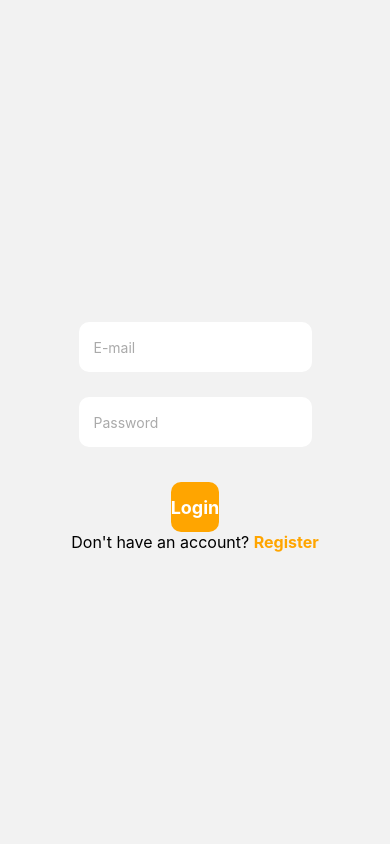
Repository: ds-mbappe/UpShoCal
Screen: /
The author's editor kept a copy of each file at every save. The screen is drawn from the files as they stood at one save, then again after the next save.
The app was drawn by React Native's web renderer in a window 390 px wide. The project was rebuilt for these pictures with package versions that can differ from the ones it lists, and the page was loaded fresh each time. Also part of the build but not shown: data.js, Screens/Home.js, Screens/Product.js, Screens/Registration.js.

Above is the screen before, as saved 2022-06-07 13:44:58.

After the next save:
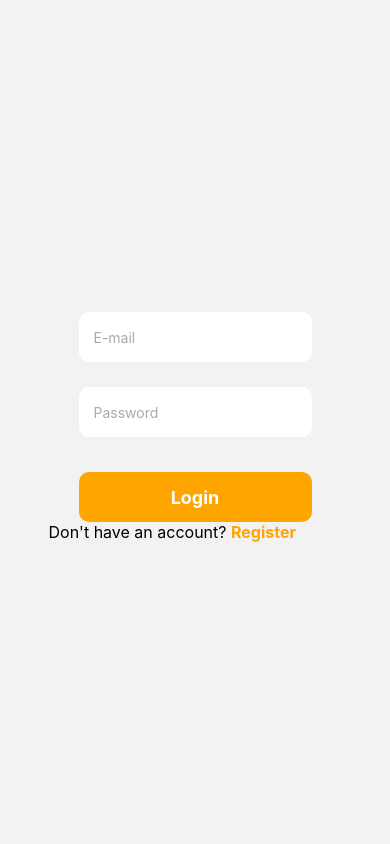
Saved 7 s later.
--- a/Screens/Login.js
+++ b/Screens/Login.js
@@ -66,6 +66,11 @@
 export default Login;
 
 const styles = StyleSheet.create({
+  container: {
+    flex: 1,
+    justifyContent: "center",
+    alignItems: "center",
+  },
   input: {
     height: 50,
     borderRadius: 10,
@@ -92,12 +97,7 @@
     fontSize: 18,
     fontWeight: "bold",
   },
-  footerView: {
-    flex: 1,
-    justifyContent: "center",
-    alignItems: "center",
-    marginTop: 20,
-  },
+
   footerText: {
     fontSize: 16,
     color: "black",

After the 3 saves that followed:
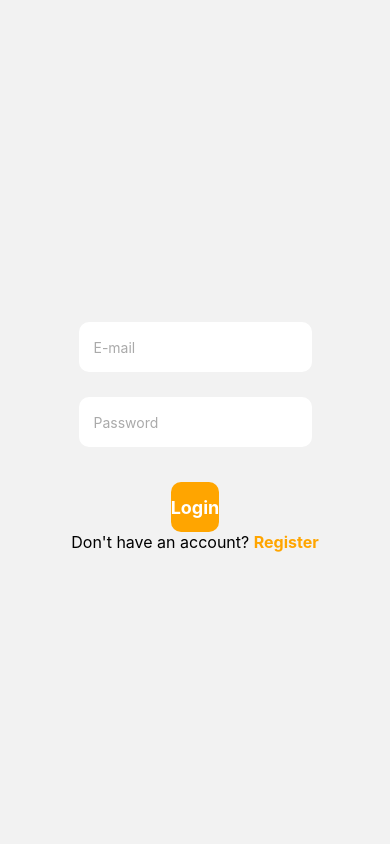
The 3 saves are shown as one change because 2 left the picture as it was.
The last was saved 33 s later.
--- a/Screens/Login.js
+++ b/Screens/Login.js
@@ -97,7 +97,12 @@
     fontSize: 18,
     fontWeight: "bold",
   },
-
+  footerView: {
+    flex: 1,
+    justifyContent: "center",
+    alignItems: "center",
+    marginTop: 20,
+  },
   footerText: {
     fontSize: 16,
     color: "black",
